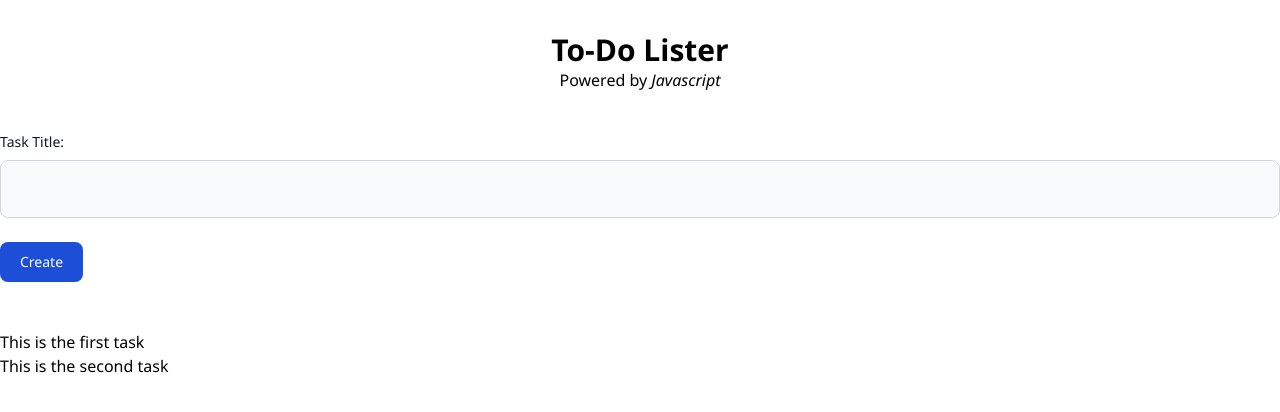
Repository: vxyux/to-do-lister
Page: index.html
An editor plug-in stored every save of this project. The page is shown before and after the next save, followed by the edit.
The browser window is 1280 px wide. The pictures show the whole page.
Some web libraries are served in a nearby version.

Above is the page before, as saved 2023-09-04 15:20:38.

After the next save:
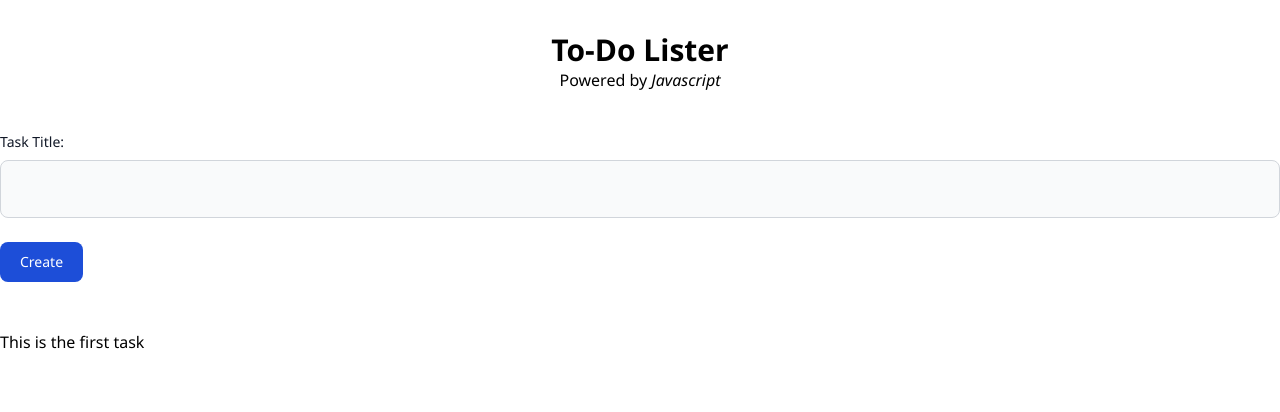
Saved 34 s later.
--- a/index.html
+++ b/index.html
@@ -35,7 +35,6 @@
 
     <ul class="mt-10" id="to-dos">
       <li>This is the first task</li>
-      <li>This is the second task</li>
     </ul>
 
   </div>
